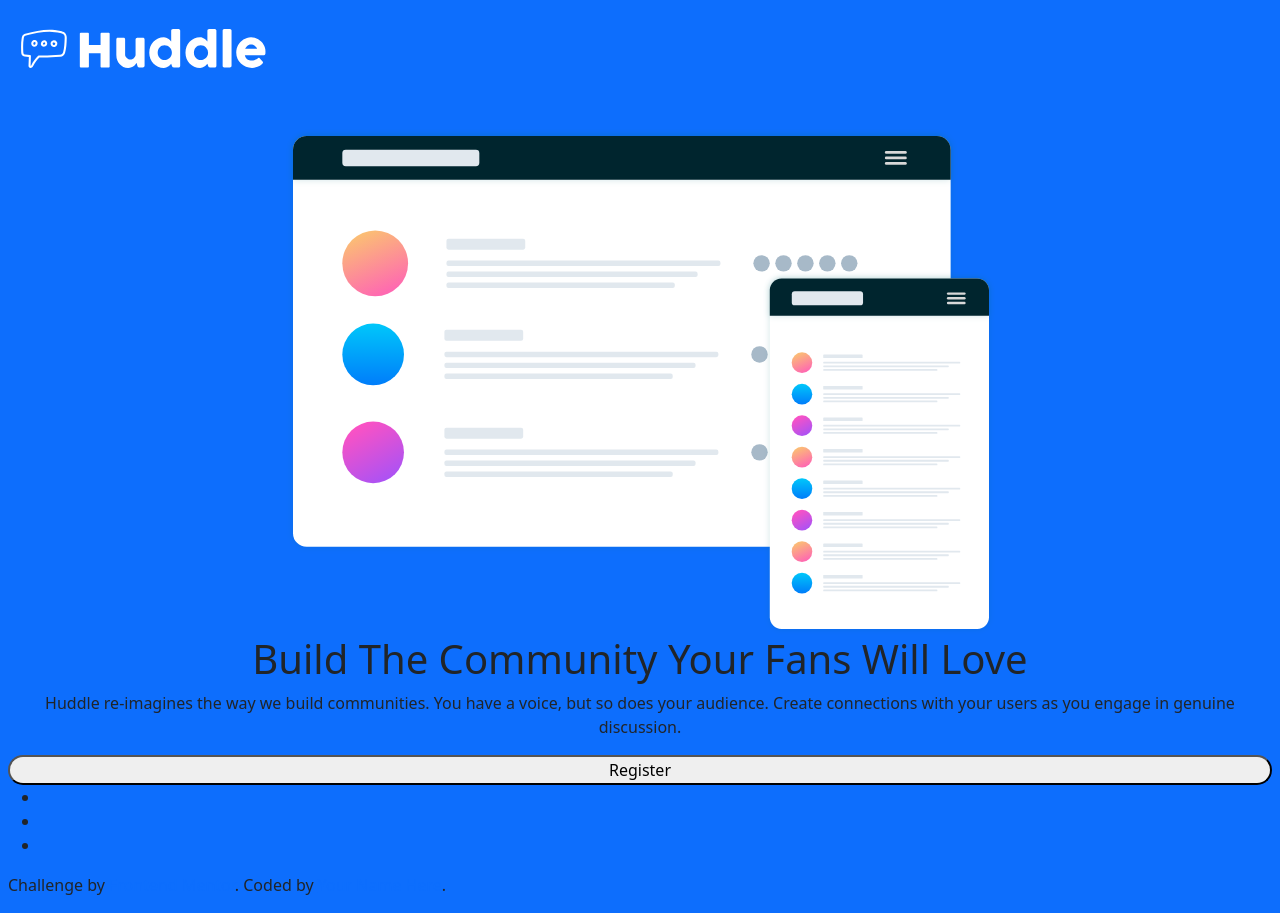
Repository: blordeus/huddle-landing-page-with-single-introductory-section-master
Page: index.html
The author's editor kept a copy of each file at every save. The page is drawn from the files as they stood at one save, then again after a run of saves.
The browser window is 1280 px wide. The pictures show the whole page.

Above is the page before, as saved 2023-08-31 19:22:45.

### index.html
<!DOCTYPE html>
<html lang="en">
<head>
  <meta charset="UTF-8">
  <meta name="viewport" content="width=device-width, initial-scale=1.0"> <!-- displays site properly based on user's device -->

  <link rel="icon" type="image/png" sizes="32x32" href="./images/favicon-32x32.png">
  <link href="https://cdn.jsdelivr.net/npm/bootstrap@5.3.1/dist/css/bootstrap.min.css" rel="stylesheet" integrity="sha384-4bw+/aepP/YC94hEpVNVgiZdgIC5+VKNBQNGCHeKRQN+PtmoHDEXuppvnDJzQIu9" crossorigin="anonymous">

  <title>Frontend Mentor | Huddle landing page with single introductory section</title>

</head>
<body class="bg-primary mx-2 my-3">

  <header class="mb-5">
    <img src="./images/logo.svg" alt="">
  </header>

  <section class="container-fluid text-center">
    <div class="row">
      <div class="col-sm-12">
        <img src="./images/illustration-mockups.svg" alt="illustration mockups">
      </div>
      <h1>Build The Community Your Fans Will Love</h1>
      <p>
        Huddle re-imagines the way we build communities. You have a voice, but so does your audience.
        Create connections with your users as you engage in genuine discussion.
      </p>
      <button class="rounded-pill px-3 px-1">Register</button>
    </div>
  </section>

  <div class="icons">
    <ul>
      <li><i class="fas fa-facebook    "></i></li>
      <li><i class="fas fa-twitter    "></i></li>
      <li><i class="fas fa-instagram  "></i></li>
    </ul>
  </div>

  <footer>
    <p class="attribution">
      Challenge by <a href="https://www.frontendmentor.io?ref=challenge" target="_blank">Frontend Mentor</a>.
      Coded by <a href="#">Your Name Here</a>.
    </p>
  </footer>
</body>
</html>

After the next 3 saves:
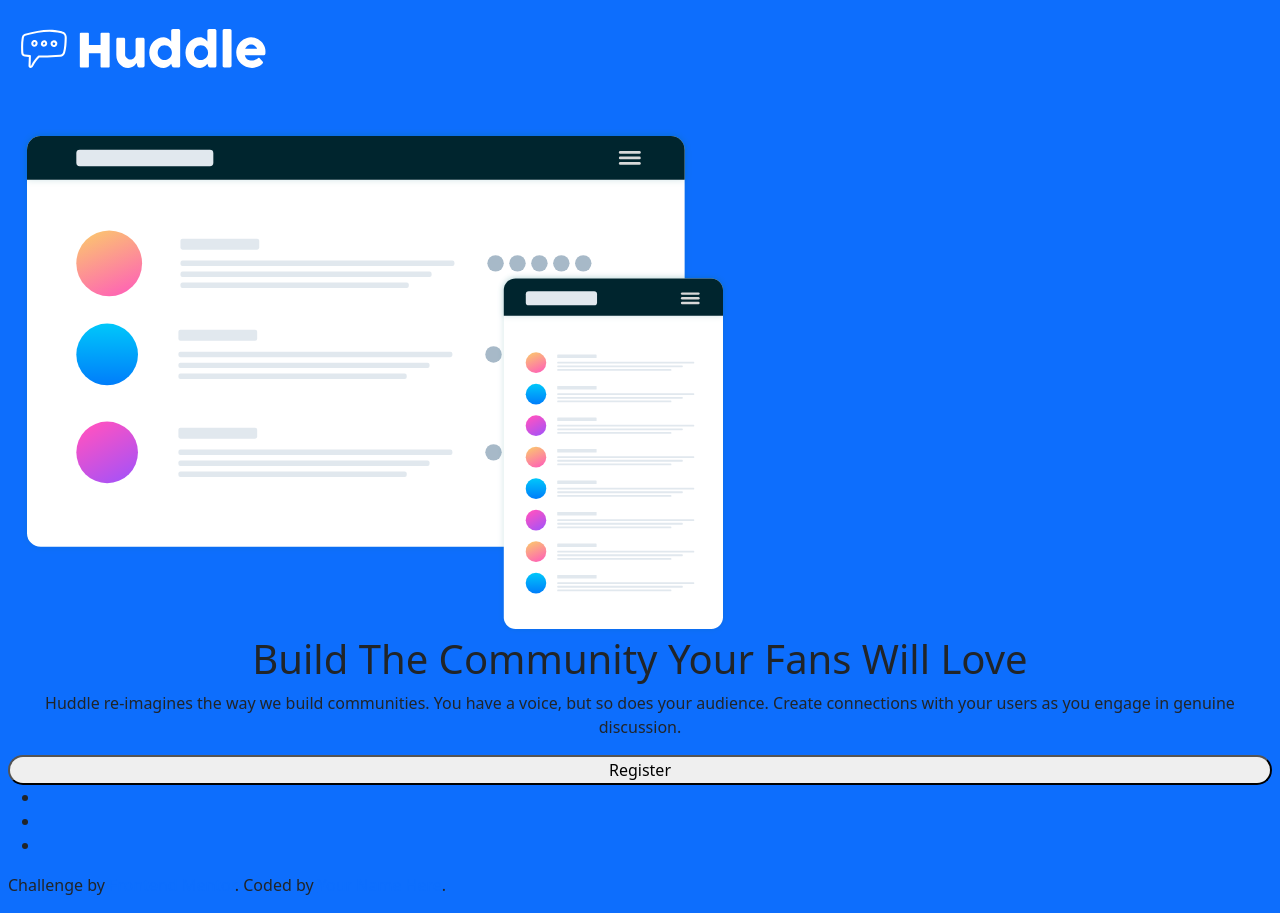
The 3 saves are shown as one change because they came seconds apart.
The last was saved 12 s later.
--- a/index.html
+++ b/index.html
@@ -18,7 +18,7 @@
 
   <section class="container-fluid text-center">
     <div class="row">
-      <div class="col-sm-12">
+      <div class="col-sm-1">
         <img src="./images/illustration-mockups.svg" alt="illustration mockups">
       </div>
       <h1>Build The Community Your Fans Will Love</h1>

After the save that followed:
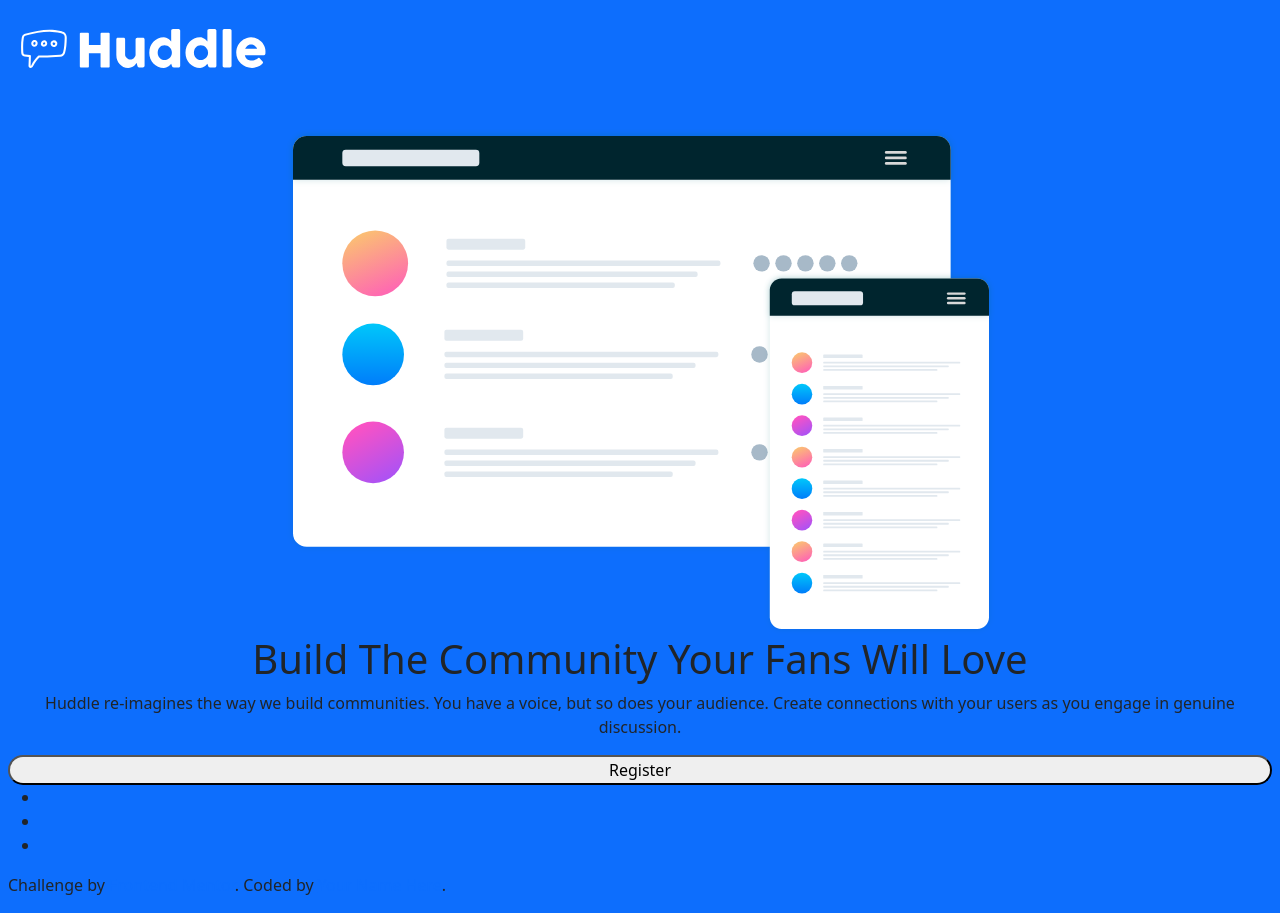
Saved 4 s later.
--- a/index.html
+++ b/index.html
@@ -18,7 +18,7 @@
 
   <section class="container-fluid text-center">
     <div class="row">
-      <div class="col-sm-1">
+      <div class="col">
         <img src="./images/illustration-mockups.svg" alt="illustration mockups">
       </div>
       <h1>Build The Community Your Fans Will Love</h1>
